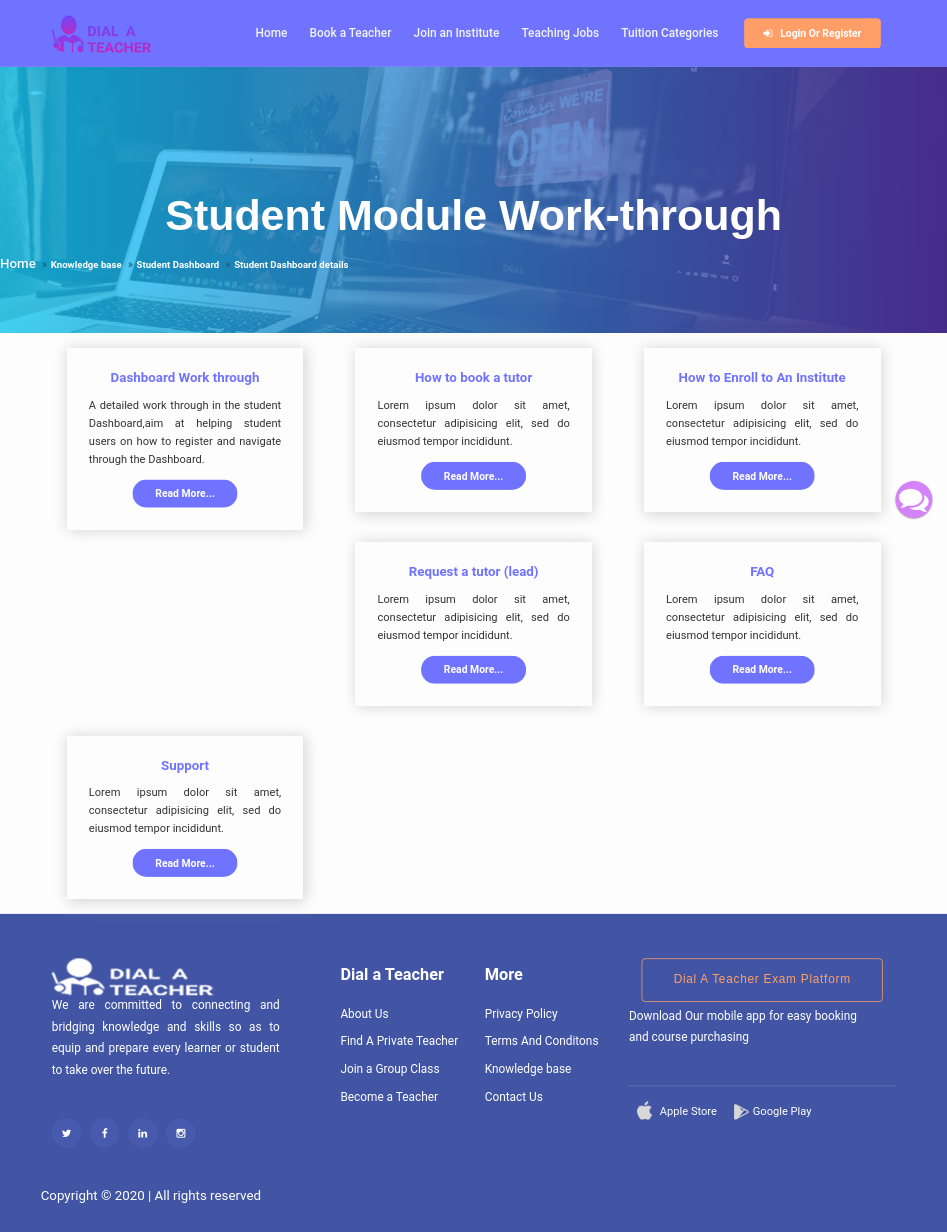
Repository: Samkiroko/DAT_knowledge
Page: stdashboard.html
An editor plug-in stored every save of this project. The page is shown before and after the next save, followed by the edit.
The browser window is 1280 px wide. The pictures show the whole page, at 74% of full size.

Above is the page before, as saved 2020-12-15 12:29:45.
Console error: TypeError: e.indexOf is not a function

After the next save:
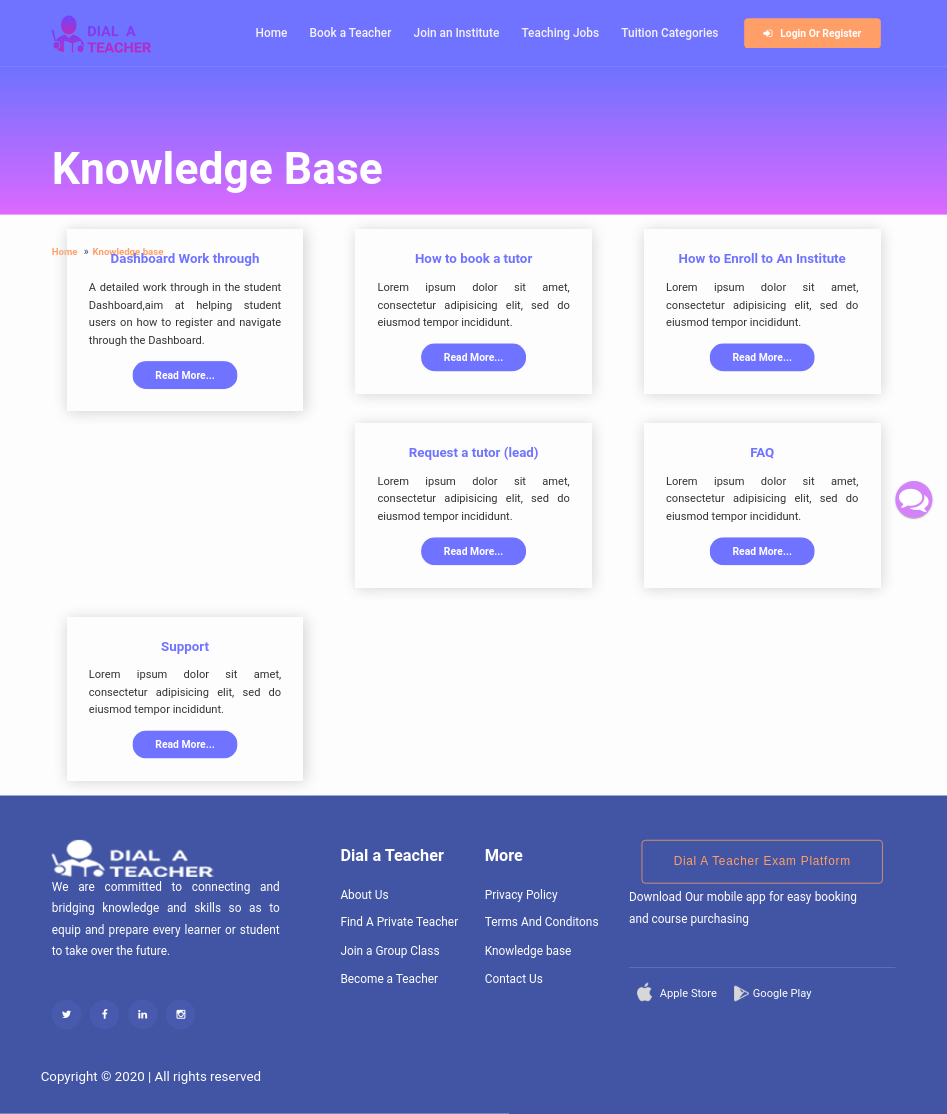
Saved 64 s later.
--- a/stdashboard.html
+++ b/stdashboard.html
@@ -87,32 +87,35 @@
     =            main-page            =
     ================================-->
 
-    <div class="mwb-main-page example-main">
-      <div class="container-fluid align-middle">
-        <div class="mwb-main-page__content-wrapper">
-          <h1 class="mwb-main-page__heading">Student Module Work-through</h1>
-          <div class="hero__caption hero__caption2 align-middle ">
-            <!-- breadcrumb Start-->
-            <nav aria-label="breadcrumb" class="align-middle">
-              <ol class="breadcrumb align-middle">
-                <li class="breadcrumb-item text-white">
-                  <a href="index.html" class="text-white">
-                    <h4>Home</h4>
-                  </a>
-                </li>
-                <li class="breadcrumb-item"><a href="faqs.html" class="text-white">Knowledge base</a></li>
-                <li class="breadcrumb-item"><a href="/stdashboard.html" class="text-white">Student Dashboard</a>
-                </li>
-                <li class="breadcrumb-item"><a href="/details_st_db.html" class="text-white">Student Dashboard
-                    details</a>
-                </li>
-              </ol>
-            </nav>
-            <!-- breadcrumb End -->
+    <!-- slider Area Start-->
+    <section class="slider-area slider-area2">
+      <div class="slider-active">
+        <!-- Single Slider -->
+        <div class="single-slider slider-height2">
+          <div class="container">
+            <div class="row">
+              <div class="col-xl-8 col-lg-11 col-md-12">
+                <div class="hero__caption hero__caption2">
+                  <h1 data-animation="bounceIn" data-delay="0.2s">
+                    Knowledge Base
+                  </h1>
+                  <!-- breadcrumb Start-->
+                  <nav aria-label="breadcrumb">
+                    <ol class="breadcrumb">
+                      <li class="breadcrumb-item">
+                        <a href="index.html">Home</a>
+                      </li>
+                      <li class="breadcrumb-item"><a href="faqs.html">Knowledge base</a></li>
+                    </ol>
+                  </nav>
+                  <!-- breadcrumb End -->
+                </div>
+              </div>
+            </div>
           </div>
         </div>
       </div>
-    </div>
+    </section>
 
 
     <!--====  End of main-page  ====-->
